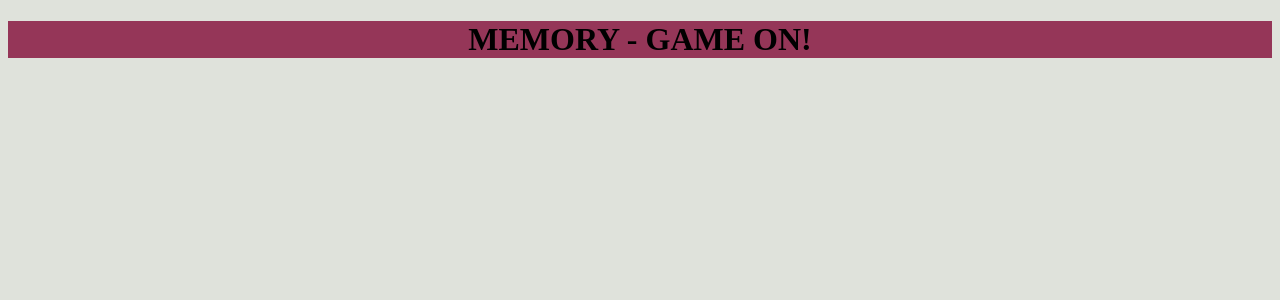
Repository: vr222bt/1dv403-laborationer
Page: 3-gameon/memory/index.html
The author's editor kept a record of every edit. The page is drawn from the files as they stood at one moment, then again after the next edit.
The browser window is 1280 px wide. The pictures show the whole page.

Above is the page before.
Console error: TypeError: Cannot read properties of null (reading 'appendChild')

### 3-gameon/memory/index.html
<!doctype html>
<html>
    <head>
        <meta charset="utf-8" />
        <title>Memory - Game on!</title>
        <link rel="stylesheet" href="style.css" />

    </head>
    <body>
        <div>


            <header>
                <h1>Memory - Game on!</h1>
            </header>
            <main>
                <div></div>
            </main>
        </div>
        <script type="text/javascript" src="script/random.js"></script>
        <script type="text/javascript" src="script/Memory.js"></script>
    </body>
</html>

### 3-gameon/memory/style.css
body
    {
        background-color: #DFE2DB;
    }
#container
        {
            max-width: 597px;
            border-style: solid;
            border-width: 3px;
            border-color: #90BE62;
            border-radius: 10px ;
            border-left-width: 0px;
            border-right-width: 0px;
            margin-right: auto;
            margin-left: auto;
            background-color: #90BE62;

        }

h1
    {
        text-align: center;
        text-transform: uppercase;
        background-color: #953658;
    }

table
        {
            margin-right: auto;
            margin-left: auto;
        }

img

        {
            width: 50px;
            border-width: 1px;
            border-color: blue;
            border-style: solid;
        }

img:hover
        {
            border-width: 1px;
            border-color: red;
            border-style: solid;
        }

a:focus
        {

            outline-width: 1px;
            outline-color: red;
            outline-style: solid;



        }

#score
        {
            font-size: 20px;
            text-align: center;
            text-transform: uppercase;
            background-color: #953658;
            margin-bottom: 0px;
        }

input
        {
            width: 100%;
            display: block;
            margin-right: auto;
            margin-left: auto;
        }

### 3-gameon/memory/script/random.js
var RandomGenerator = {

	/*
		Denna metod tar antalet rader och columner som inparameter.

		Metoden returnerar en array inneh�llandes utslumpade tal mellan 1 och (rows*cols)/2. Varje tal representeras tv�
		g�nger och motsvarar s�ledes en spelbricka.

		I en 4*4 matris kan Arrayen t.ex. se ut s� h�r:
		[1,2,6,8,6,2,5,3,1,3,7,5,8,4,4,7]

		I en 2*4 matris kan Arrayen t.ex. se ut s� h�r:
		[3,4,4,1,2,1,2,3]
	*/

	getPictureArray: function(rows, cols)
	{
		var numberOfImages = rows*cols;
		var maxImageNumber = numberOfImages/2;

	   	var imgPlace = [];

	   //Utplacering av bilder i Array
	   for(var i=0; i<numberOfImages; i++)
		  imgPlace[i] = 0;

		for(var currentImageNumber=1; currentImageNumber<=maxImageNumber; currentImageNumber++)
		{
			var imageOneOK = false;
			var imageTwoOK = false;

			do
			{
				if(imageOneOK == false)
				{
					var randomOne = Math.floor( (Math.random() * (rows*cols-0) + 0) );

					if( imgPlace[randomOne] == 0 )
					{
						imgPlace[randomOne] = currentImageNumber;
						imageOneOK = true;
					}
				}

				if(imageTwoOK == false)
				{
					var randomTwo = Math.floor( (Math.random() * (rows*cols-0) + 0) );

					if( imgPlace[randomTwo] == 0 )
					{
						imgPlace[randomTwo] = currentImageNumber;
						imageTwoOK = true;
					}
				}
			}
			while(imageOneOK == false || imageTwoOK == false);
		}

		return imgPlace;
	}
}

### 3-gameon/memory/script/Memory.js
"use strict";

var Memory = {
    bricks: [],
    brickCounter: [],
    pairCounter: 0,
    attemptCounter: 0,
    cols: 2,
    rows: 4,

    init: function(){
        if (Memory.cols*Memory.rows > 16) {
            throw new Error("Det finns inte tillräckligt med bilder för sånt här stort memory!");
        }
        Memory.pairCounter = 0;
        Memory.attemptCounter = 0;
        Memory.bricks = RandomGenerator.getPictureArray(Memory.rows,Memory.cols);
        Memory.renderBoard(Memory.rows,Memory.cols);



   },
   renderBoard: function(rows, cols){
        var gameTable = document.querySelector("#gameTable");
        var table = document.createElement("table");
        var tbody = document.createElement("tbody");
        table.appendChild(tbody);

        var brickID = 0;
        for (var i = 0; i < rows; i++) {
            var tr = document.createElement("tr");
            tbody.appendChild(tr);
            for (var j = 0; j < cols; j++) {
                var td = document.createElement("td");
                tr.appendChild(td);
                var a = document.createElement("a");
                a.href = "#";
                var brickDefault = document.createElement("img");
                brickDefault.src = "pics/0.png";
                a.appendChild(brickDefault);
                td.appendChild(a);
                Memory.turnBrick(brickID, a);
                brickID +=1;

            }
        }
        gameTable.appendChild(table);

   },
   turnBrick: function(brickID, a){

       a.addEventListener("click", function(e){
           e.preventDefault();
           var img = a.querySelector("img");
           if (img.src !== "https://preview.c9.io/vr222bt/1dv403-laborationer/3-gameon/memory/pics/0.png" ) { //Varför funkar inte relativa sökvägar?
               return false;
           }
           Memory.brickCounter.push(a);
           if (Memory.brickCounter.length <= 2) {

                img.src = "pics/" + Memory.bricks[brickID] + ".png";
           }
           if (Memory.brickCounter.length === 2) {
               setTimeout(function() {
                   Memory.compareBrick();
               }, 500);
           }

       });

   },
   compareBrick: function(brickID, a){
       Memory.attemptCounter += 1;
       if (Memory.brickCounter[0].querySelector("img").src === Memory.brickCounter[1].querySelector("img").src) {
           Memory.pairCounter += 1;
           if (Memory.pairCounter === (Memory.rows*Memory.cols/2)) {
               Memory.message("Spelet är slut, du vann! Antal försök: " + Memory.attemptCounter);

              /* if (confirm("Du vann! Vill du spela igen?")) {
                   Memory.renderBoard(Memory.rows, Memory.cols);
               }
              */
           }

       }
       else {
       Memory.brickCounter[0].querySelector("img").src = "pics/0.png";
       Memory.brickCounter[1].querySelector("img").src = "pics/0.png";

       }
       console.log(Memory.attemptCounter);
       Memory.brickCounter = [];

   },
   message: function(text){
        var gameTable = document.querySelector("#gameTable");
        var p = document.createElement("p");
        p.id = "score";
        p.innerHTML = text;
        gameTable.appendChild(p);

        var button = document.createElement("input");
        button.type = "button";
        button.value = "Spela igen";
        button.onclick = function(e){
            e.preventDefault();
            Memory.init();
        };
        gameTable.appendChild(button);


   }

};

window.onload = Memory.init;

After the next edit:
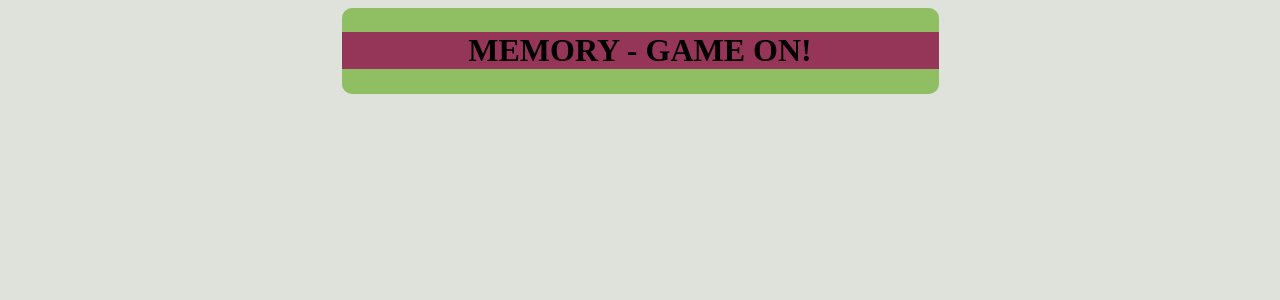
The edit:
--- a/3-gameon/memory/index.html
+++ b/3-gameon/memory/index.html
@@ -7,7 +7,7 @@
 
     </head>
     <body>
-        <div>
+        <div id="container">
 
 
             <header>
